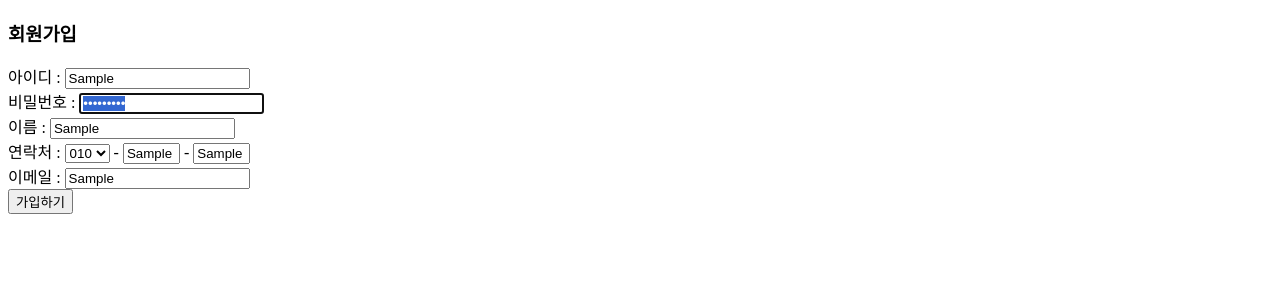
Repository: HyeogDo/Study_Java
Page: http://localhost/Validation/validation_05.jsp
These files come from the project's save history. The page is drawn as it stood at one moment and after the next save; the edit follows.
The browser window is 1280 px wide. The pictures show the whole page.
Empty fields were first filled with sample values (such as "Sample", 5 or name@example.com).
After loading, the first visible `input[onclick="checkMember()"]` was clicked once.
The page is served by Tomcat 9.

Above is the page before, as saved 2022-03-21 07:22:49.

After the next save:
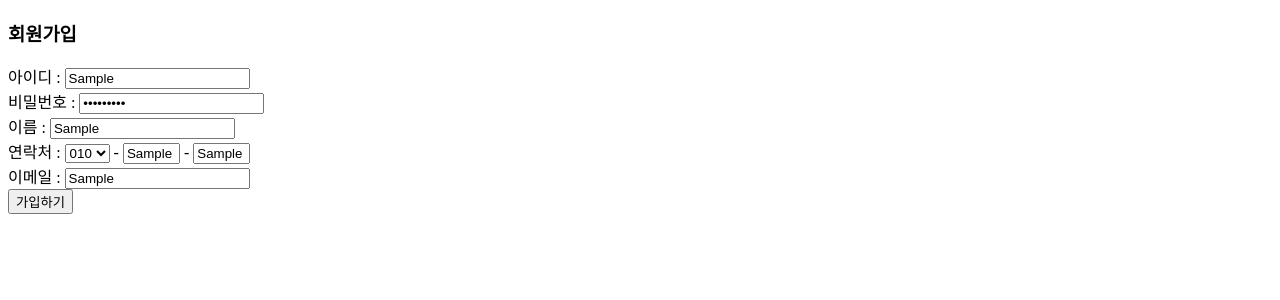
Console error: SyntaxError: Unexpected token '}'
Saved 2 min 19 s later.
--- a/Servlets/Validation/src/main/webapp/validation_05.jsp
+++ b/Servlets/Validation/src/main/webapp/validation_05.jsp
@@ -10,6 +10,7 @@
 		function checkMember() {
 			var regExpId = /^[a-z|A-Z|ㄱ-ㅎ|ㅏ-ㅣ|가-힣]/
 			var regExpPasswd = /^[0-9]*$/
+			var regExpName = /^[가-힣]*$/
 
 			var form = document.member
 
@@ -26,6 +27,9 @@
 				form.passwd.select()
 				return
 			}
+
+			var name = form.name.value
+			if
 
 		}
 	</script>

After the save that followed:
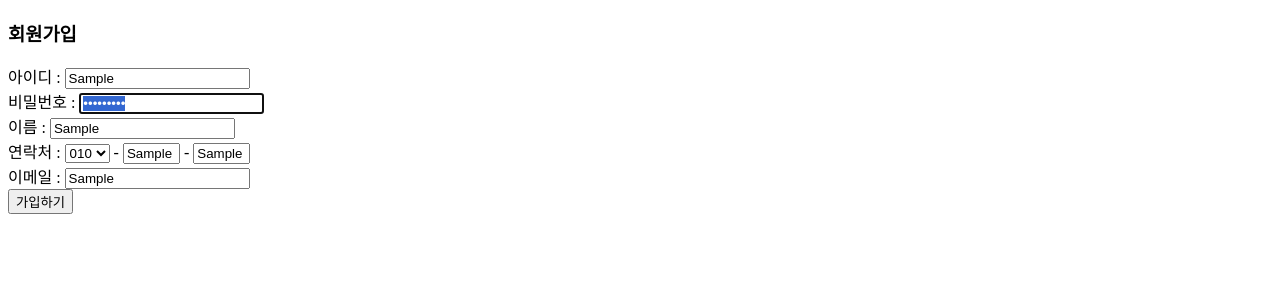
The error is gone.
Saved 32 s later.
--- a/Servlets/Validation/src/main/webapp/validation_05.jsp
+++ b/Servlets/Validation/src/main/webapp/validation_05.jsp
@@ -29,7 +29,11 @@
 			}
 
 			var name = form.name.value
-			if
+			if (!regExpName.test(name)) {
+				alert("이름은 한글만 입력해주세요")
+				form.name.select()
+				return
+			}
 
 		}
 	</script>
